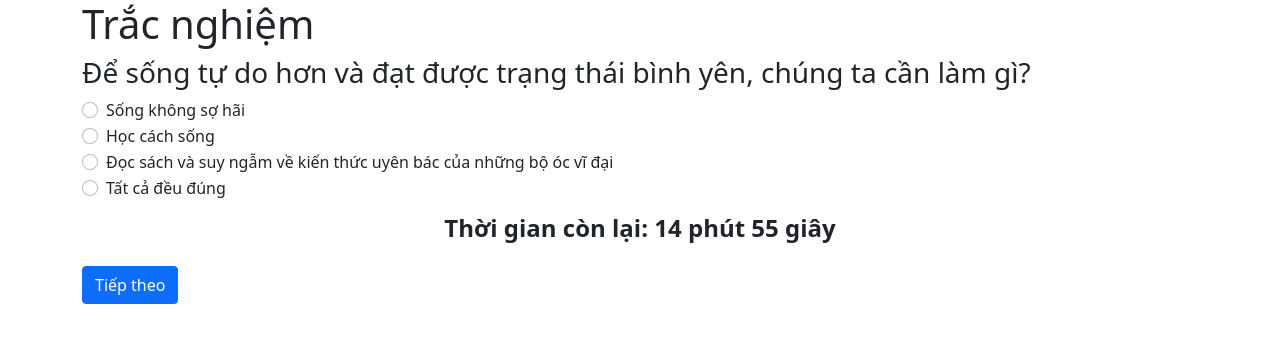
Repository: tran-thien-nhan/quiz_tlln
Page: daily_stoic_quiz.html
An editor plug-in stored every save of this project. The page is shown before and after the next save, followed by the edit.
The browser window is 1280 px wide. The pictures show the whole page.

Above is the page before, as saved 2023-06-25 18:35:14.

After the next save:
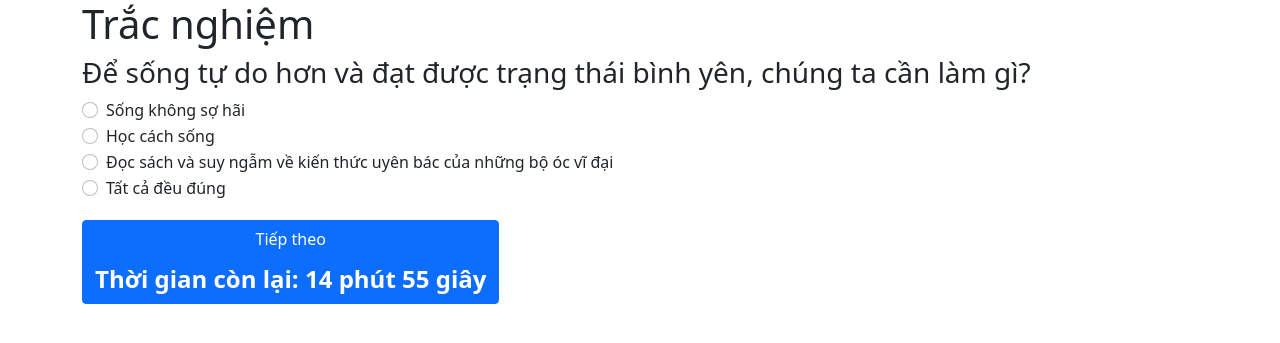
Saved 19 s later.
--- a/daily_stoic_quiz.html
+++ b/daily_stoic_quiz.html
@@ -150,7 +150,7 @@
                 timerElement.style.fontWeight = "bold";
                 timerElement.style.marginTop = "10px";
                 timerElement.style.textAlign = "center";
-                questionContainer.appendChild(timerElement);
+                nextButton.appendChild(timerElement);
 
                 const timerInterval = setInterval(() => {
                     timeRemaining--;

After the save that followed:
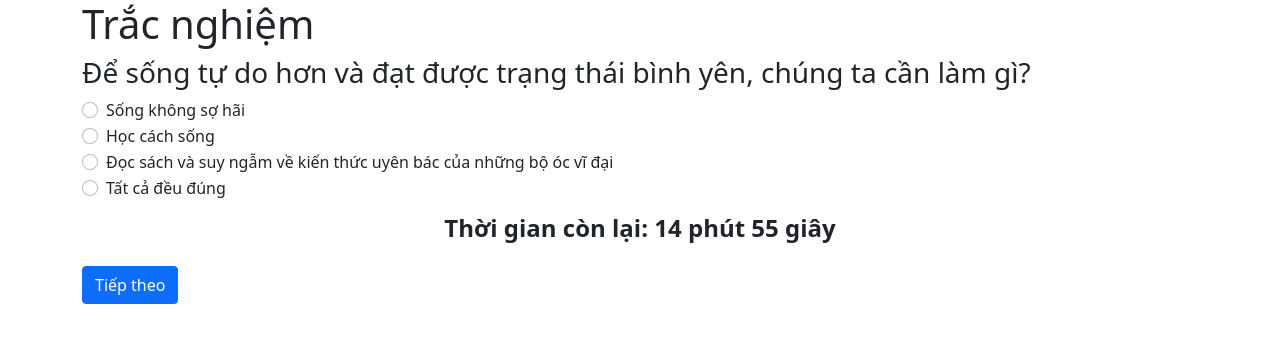
Saved 8 s later.
--- a/daily_stoic_quiz.html
+++ b/daily_stoic_quiz.html
@@ -150,7 +150,7 @@
                 timerElement.style.fontWeight = "bold";
                 timerElement.style.marginTop = "10px";
                 timerElement.style.textAlign = "center";
-                nextButton.appendChild(timerElement);
+                questionContainer.appendChild(timerElement);
 
                 const timerInterval = setInterval(() => {
                     timeRemaining--;
